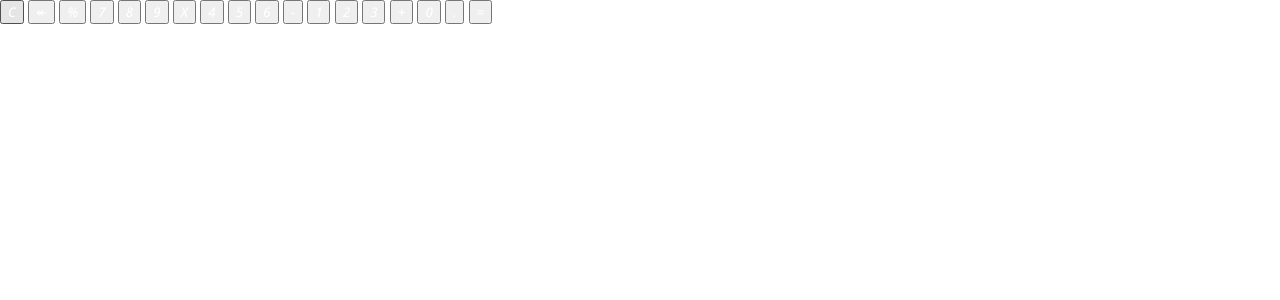
Repository: jhonenmanuel1/javaScript-calculator
Page: src/index.html
An editor plug-in stored every save of this project. The page is shown before and after the next save, followed by the edit.
The browser window is 1280 px wide. The pictures show the whole page.

Above is the page before, as saved 2022-08-02 22:57:17.

After the next save:
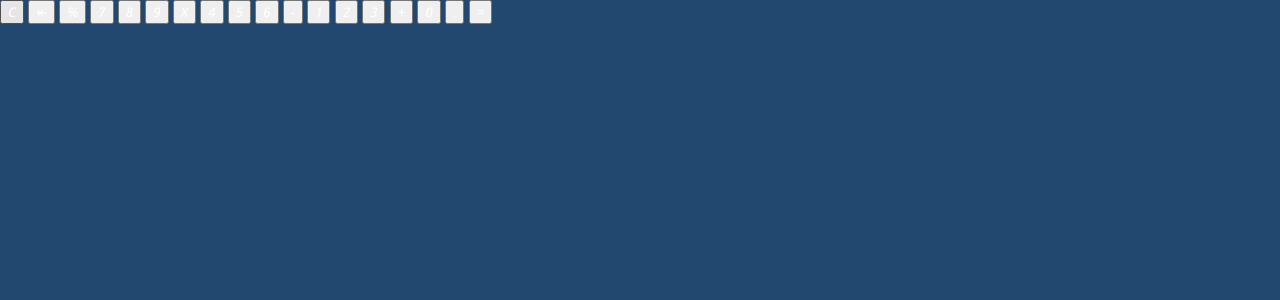
Saved 16 s later.
--- a/src/styles.css
+++ b/src/styles.css
@@ -4,4 +4,5 @@
 }
 body{
     margin: 0;
+    background-color: #224870;
 }
